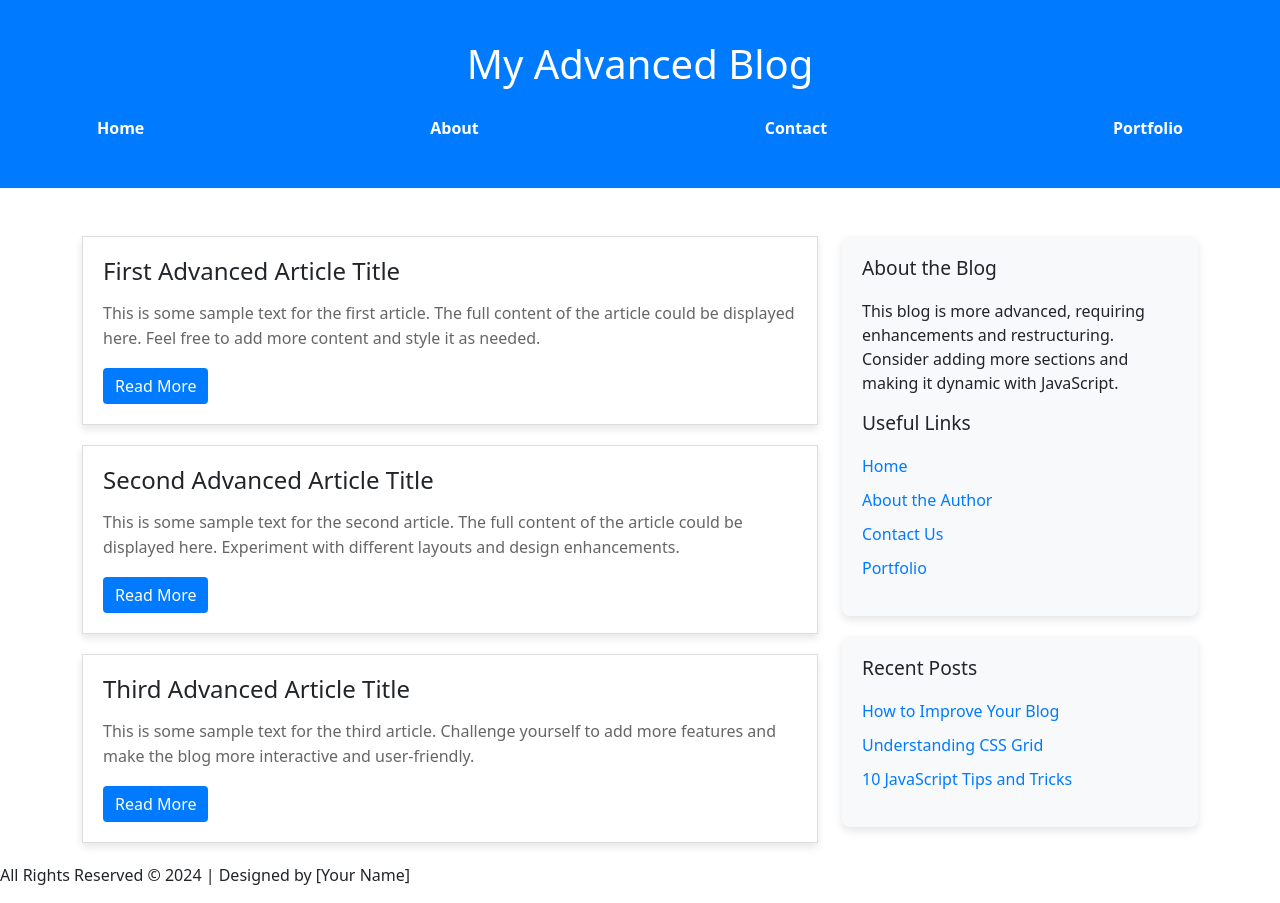
Repository: zeinawady/Blog-Code-Refactoring
Page: index.html
These files come from the project's save history. The page is drawn as it stood at one moment and after the next save; the edit follows.
The browser window is 1280 px wide. The pictures show the whole page.

Above is the page before, as saved 2024-09-23 14:24:16.

After the next save:
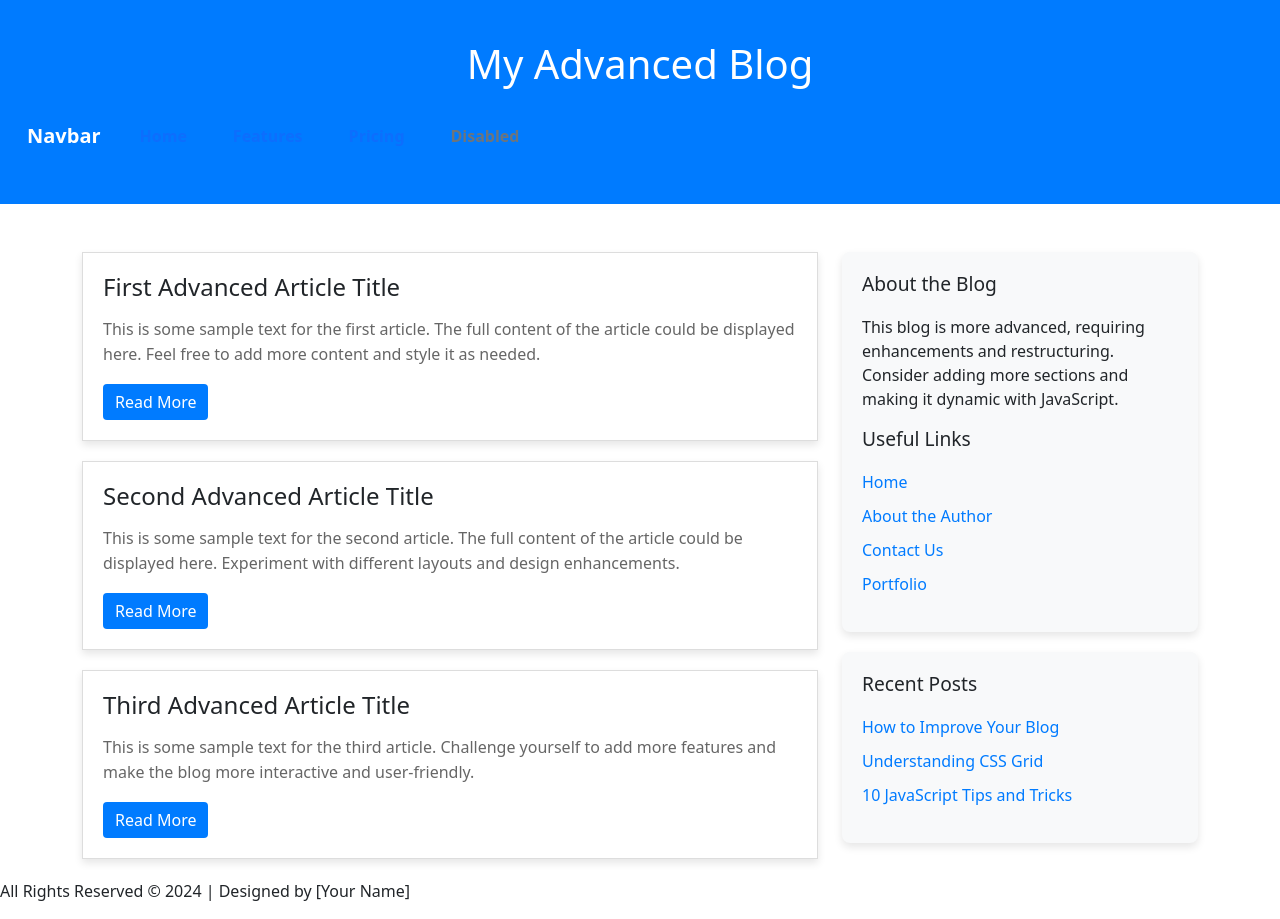
Saved 64 s later.
--- a/index.html
+++ b/index.html
@@ -14,16 +14,22 @@
   <body>
     <header>
       <h1>My Advanced Blog</h1>
-    <nav class="navbar">
-      <div class="container">
-        <a href="#" >Home</a>
-        <a href="#">About</a>
-        <a href="#" >Contact</a>
-        <a href="#">Portfolio</a>
-
-      </div>
-
-    </nav>
+      <nav class="navbar navbar-expand-lg bg-body-tertiary">
+        <div class="container-fluid">
+          <a class="navbar-brand" href="#">Navbar</a>
+          <button class="navbar-toggler" type="button" data-bs-toggle="collapse" data-bs-target="#navbarNavAltMarkup" aria-controls="navbarNavAltMarkup" aria-expanded="false" aria-label="Toggle navigation">
+            <span class="navbar-toggler-icon"></span>
+          </button>
+          <div class="collapse navbar-collapse" id="navbarNavAltMarkup">
+            <div class="navbar-nav">
+              <a class="nav-link active" aria-current="page" href="#">Home</a>
+              <a class="nav-link" href="#">Features</a>
+              <a class="nav-link" href="#">Pricing</a>
+              <a class="nav-link disabled" aria-disabled="true">Disabled</a>
+            </div>
+          </div>
+        </div>
+      </nav>
 
     </header>
 
